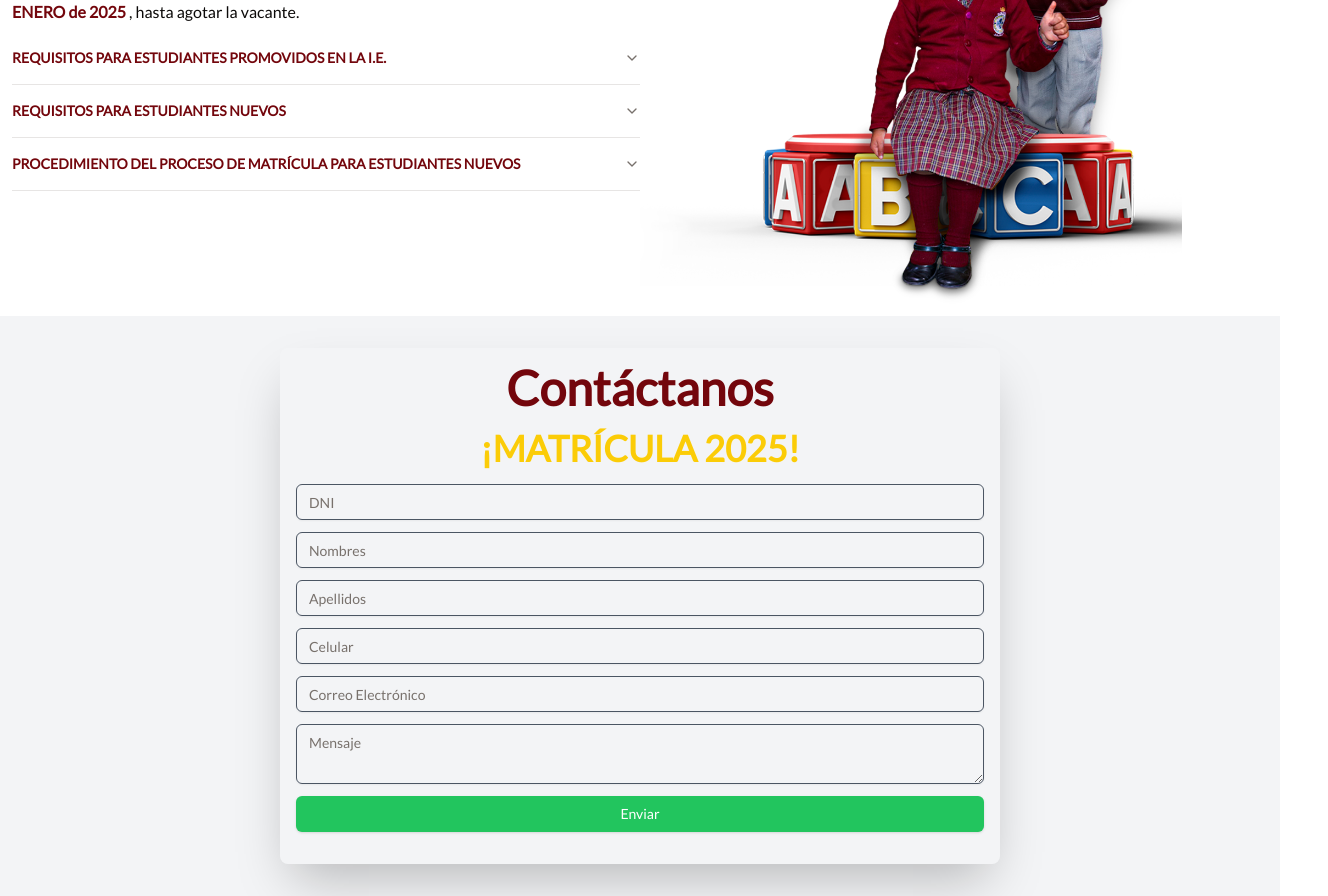
Repository: jefrydep/new_horizont_school
Page: /
These files come from the project's save history. The page is drawn as it stood at one moment and after the next save; the edit follows.
The browser window is 1280 px wide. The page is 1328 px wide, so the pictures cover 1328 px, including what lies to the right of the window. The pictures show the part of the page from y = 2968 to 3864 px (the page is 4794 px tall).
Pictures or frames that could not be fetched are drawn as grey boxes. The project was rebuilt for these pictures with package versions that can differ from the ones it lists, and the page was loaded fresh each time. The framework's server and built-in components were replaced by stand-ins that run in the browser. Also part of the build but not shown: next.config.ts.

Above is the page before, as saved 2024-11-28 21:23:13.

After the next save:
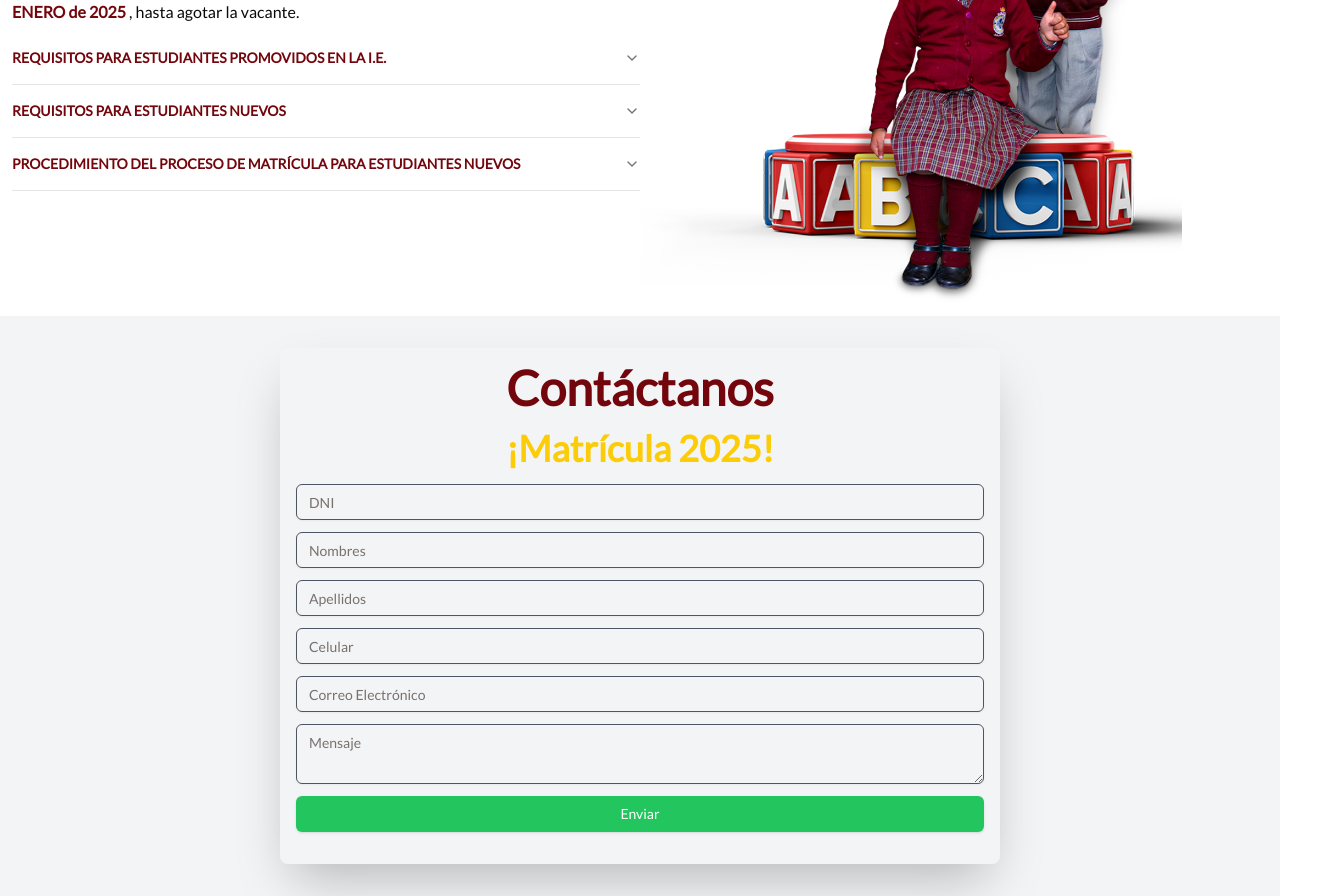
Saved 25 s later.
--- a/src/components/Form.tsx
+++ b/src/components/Form.tsx
@@ -47,7 +47,7 @@ const ContactForm: React.FC = () => {
             Contáctanos
           </h5>
           <h4 className="font-bold text-4xl text-center text-subtitle">
-            ¡MATRÍCULA 2025!
+            ¡Matrícula 2025!
           </h4>
         </div>
         <Formik
